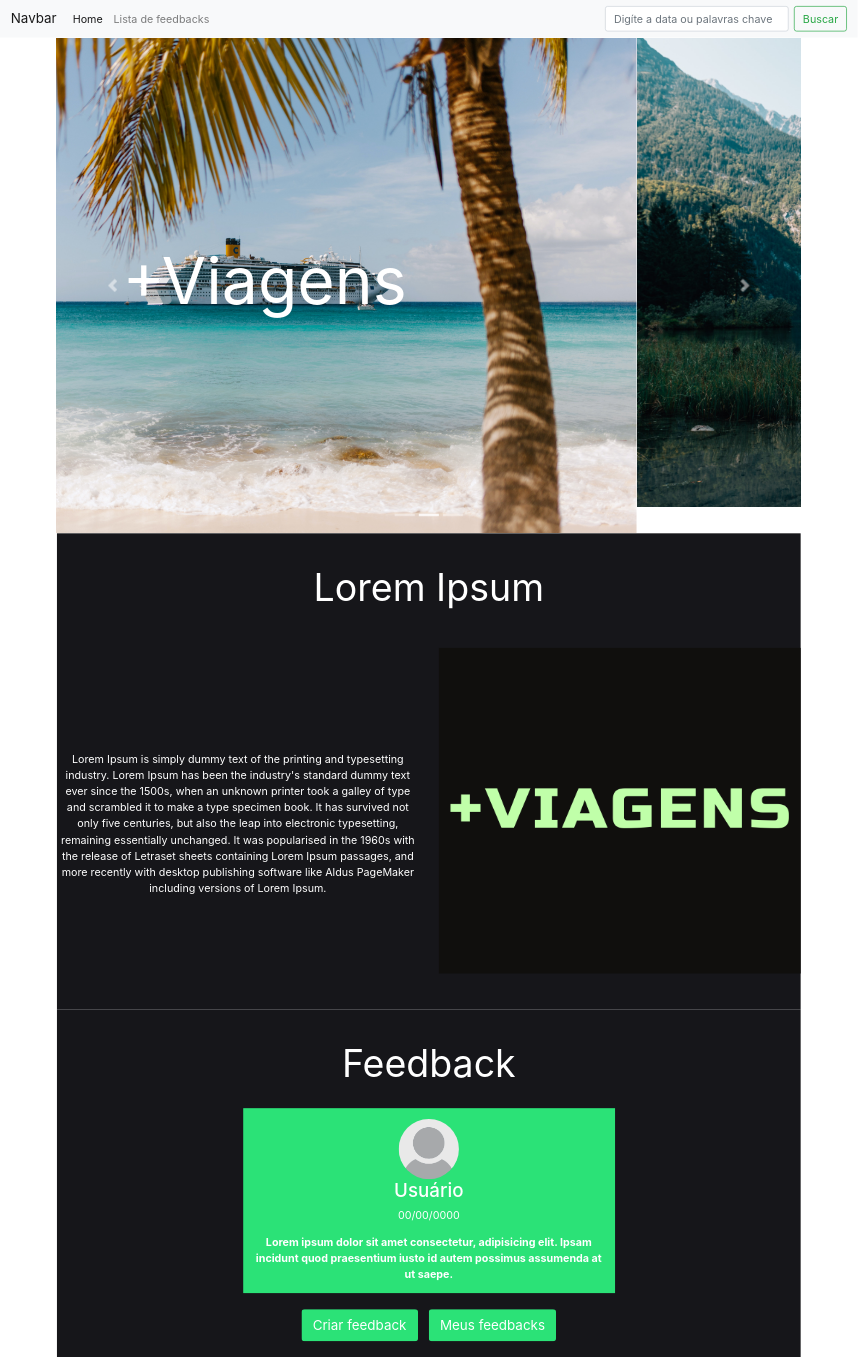
Repository: JulioSantooz/maisViagensSegundaVersao
Page: java-web(eclipse)/java-crud-mais-viagens/src/main/webapp/index.html
The author's editor kept a copy of each file at every save. The page is drawn from the files as they stood at one save, then again after the next save.
The browser window is 1280 px wide. The pictures show the whole page, at 67% of full size.
Some web libraries are served in a nearby version.

Above is the page before, as saved 2022-02-07 16:32:13.

After the next save:
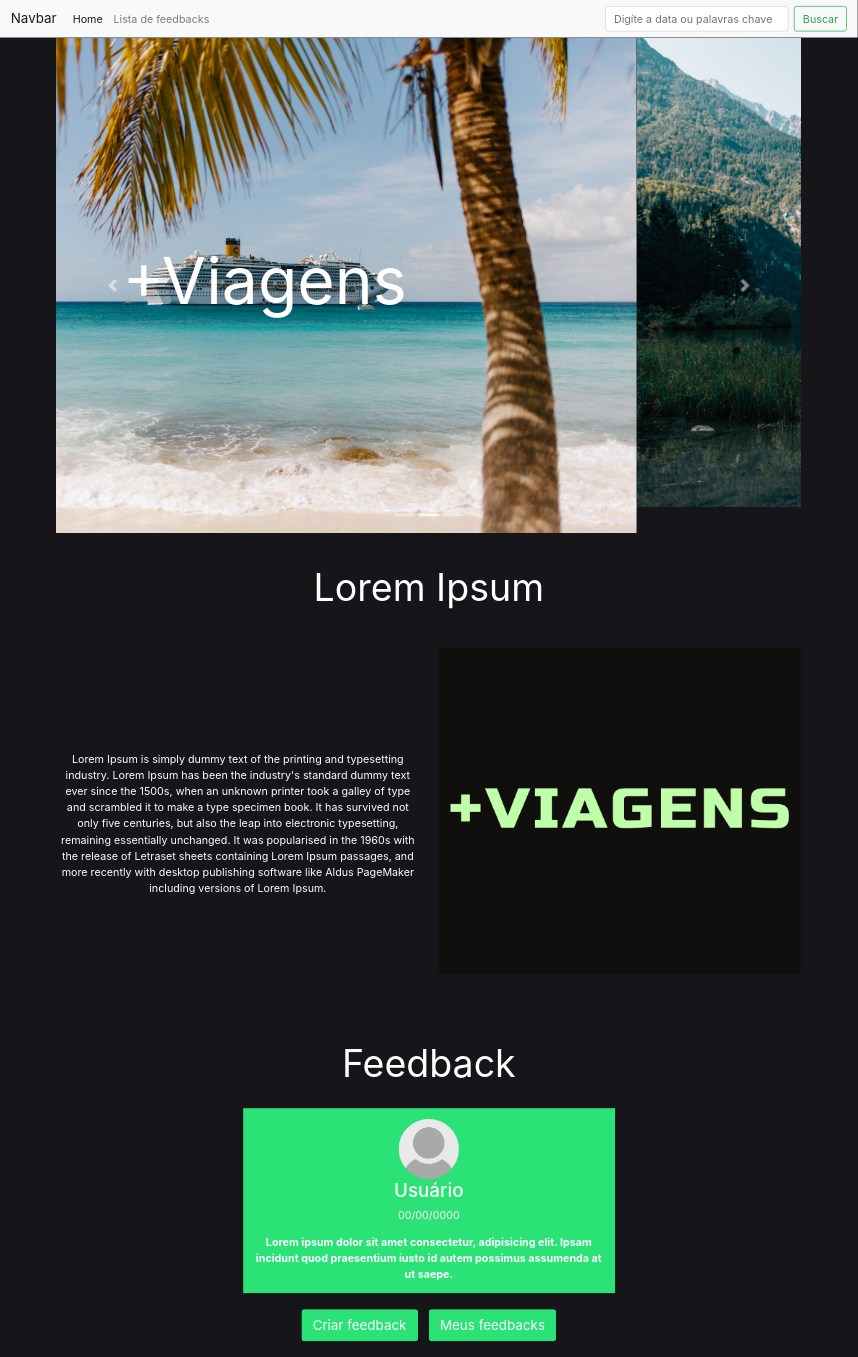
Saved 3 min 56 s later.
--- a/java-web(eclipse)/java-crud-mais-viagens/src/main/webapp/index.html
+++ b/java-web(eclipse)/java-crud-mais-viagens/src/main/webapp/index.html
@@ -5,7 +5,7 @@
 <link rel="stylesheet" href="https://maxcdn.bootstrapcdn.com/bootstrap/4.0.0/css/bootstrap.css">
 <title>Insert title here</title>
 </head>
-<body>
+<body style="background-color: #16161a"">
 
 <nav class="navbar navbar-expand-lg navbar-light bg-light">
   <a class="navbar-brand" href="#">Navbar</a>
